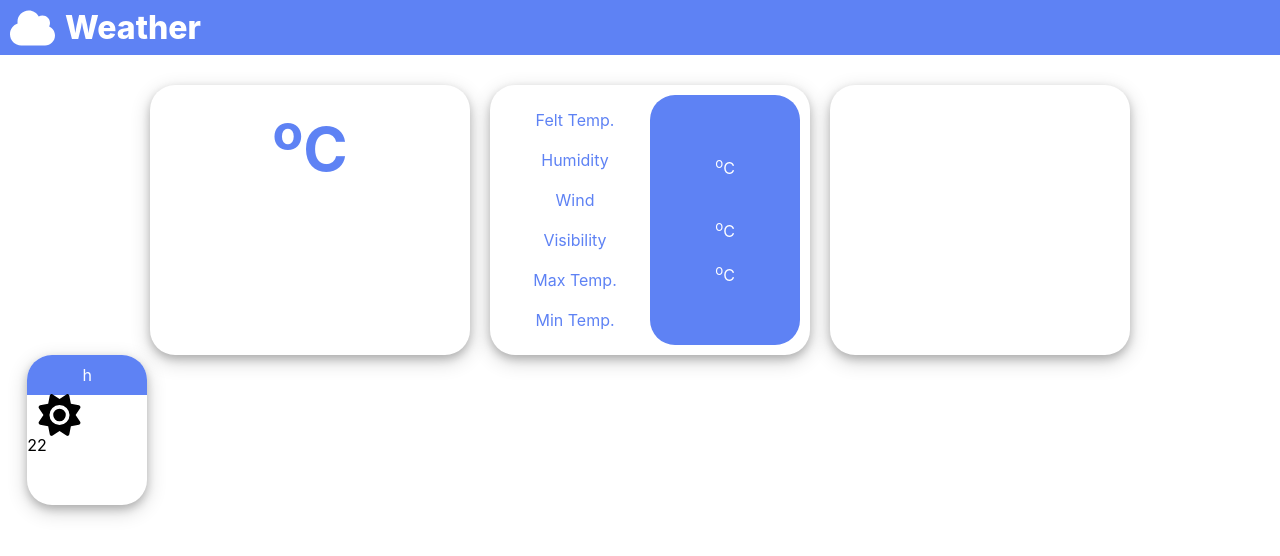
Repository: ahmedazawi/weather-app
Page: /
These files come from the project's save history. The page is drawn as it stood at one moment and after the next save; the edit follows.
The browser window is 1280 px wide. The pictures show the whole page.
The project was rebuilt for these pictures with package versions that can differ from the ones it lists, and the page was loaded fresh each time. Also part of the build but not shown: src/components/Map.js.

Above is the page before, as saved 2022-11-30 15:35:09.

### src/App.js
import React, { useState, useEffect } from "react";
import "./App.css";
import Header from "./layout/Header";
import Details from "./components/Details";

import Store from "./assets/data/Store";
function App() {
  return (
    <div className="App">
      <Header />
      <Store>
        <Details />
      </Store>
    </div>
  );
}

export default App;

### src/App.css
body {
  --primaryColor: #5e82f4;
  --secondaryColor: #ffffff;
  --borderRadius: 25px;
}

.nav {
  display: flex;
  align-items: center;
  height: 55px;
  background-color: var(--primaryColor);
}

### src/layout/Header.js
import React from "react";
import { FontAwesomeIcon } from "@fortawesome/react-fontawesome";
import { faCloud } from "@fortawesome/free-solid-svg-icons";
const Header = () => {
  return (
    <div className="nav">
      <div>
        <FontAwesomeIcon
          className="f-icon"
          icon={faCloud}
          color="White"
          style={{ marginLeft: "10px", fontSize: "40px" }}
        />
      </div>

      <h1 style={{ color: "white", marginLeft: "10px", fontWeight: "800" }}>
        Weather
      </h1>
    </div>
  );
};

export default Header;

### src/components/Details.js
import React, { useContext, useEffect } from "react";
import "../assets/css/details.css";
import { ContextApi } from "../assets/data/ContextApi";
import SevenDaysCards from "./SevenDaysCards";
import Map from "./Map";

const Details = () => {
  // const { weather, Loading } = useContext(ContextApi);
  // const [weatherValue, setWeatherValue] = weather;
  // const [LoadingValue, setLoadingValue] = Loading;

  // useEffect(() => {
  // console.log(weatherValue);
  // console.log(LoadingValue);
  // console.log(LocatedValue);
  // console.log(weatherValue.weather[0].main);
  // }, [weatherValue]);

  // if (LoadingValue) {
  //   return <div className="main">Loading...</div>;
  // }

  return (
    <div className="main">
      <div className="big-cards">
        <div>
          {/* <div>{weatherValue.location.city}</div> */}
          <div
            style={{
              fontSize: "60px",
            }}
          >
            {/* {weatherValue.current_observation.condition.temperature} */}
            <sup>o</sup>C
          </div>
          {/* <div>{weatherValue.current_observation.condition.text}</div> */}
        </div>
        <div>
          <div className="line-a">
            <span>Felt Temp.</span>
            <span>Humidity</span>
            <span>Wind</span>
            <span>Visibility</span>
            <span>Max Temp.</span>
            <span>Min Temp.</span>
          </div>
          <div className="line-b">
            <span>
              {/* {weatherValue.current_observation.condition.temperature - 0.7} */}
              <sup>o</sup>C
            </span>
            {/* <span>{weatherValue.current_observation.atmosphere.humidity}%</span> */}
            {/* <span> {weatherValue.current_observation.wind.speed} Km/h</span> */}
            <span>
              {/* {weatherValue.current_observation.atmosphere.visibility} Km */}
            </span>
            <span>
              {/* {weatherValue.forecasts[0].high} */}
              <sup>o</sup>C
            </span>
            <span>
              {/* {weatherValue.forecasts[0].low} */}
              <sup>o</sup>C
            </span>
          </div>
        </div>
        <div>{/* <Map city={weatherValue.location.city} /> */}</div>
      </div>

      <SevenDaysCards />
    </div>
  );
};

export default Details;

### src/assets/data/Store.js
import React, { useState, useEffect } from "react";
import { ContextApi } from "./ContextApi";
import { weatherAppAPI } from "./Api";
import axios from "axios";
function Store({ children }) {
  const [weather, setWeather] = useState([]);
  const [Loading, setLoading] = useState(true);
  const [lat, setLat] = useState();
  const [long, setLong] = useState();
  const [located, setLocated] = useState(false);
  const geolocationAPI = navigator.geolocation;
  const getUserCoordinates = () => {
    if (!geolocationAPI) {
      console.log("Geolocation API is not available in your browser!");
    } else {
      geolocationAPI.getCurrentPosition(
        (position) => {
          const { coords } = position;
          setLat(coords.latitude);
          setLong(coords.longitude);
          setLocated(true);
        },
        (error) => {
          console.log("Something went wrong getting your position!");
        }
      );
    }
  };

  useEffect(() => {
    // getUserCoordinates();
    if (located) {
      const options = {
        method: "GET",
        url: weatherAppAPI,
        params: { lat: lat, long: long, format: "json", u: "c" },
        headers: {
          "X-RapidAPI-Key":
            "863b7c6b72msh78facda9cbf0e03p10660djsn19089c27c69a",
          "X-RapidAPI-Host": "yahoo-weather5.p.rapidapi.com",
        },
      };

      axios
        .request(options)
        .then(function (response) {
          setWeather(response.data);
          setLoading(false);
          console.log(response.data);
        })
        .catch(function (error) {
          console.error(error);
        });
    }
  }, [located]);

  return (
    <ContextApi.Provider
      value={{
        weather: [weather, setWeather],
        Loading: [Loading, setLoading],
      }}
    >
      {children}
    </ContextApi.Provider>
  );
}
export default Store;

### src/assets/css/details.css
.main {
  width: 100%;
  display: flex;
  flex-direction: column;
  justify-content: space-between;
}

.big-cards {
  width: 100%;
  min-height: fit-content;
  display: flex;
  flex-direction: row;
  flex-wrap: wrap;
  gap: 20px;
  align-items: center;
  justify-content: center;
  margin-top: 30px;
  color: var(--primaryColor);
}
.big-cards > div {
  width: 300px;
  height: 250px;
  background-color: var(--secondaryColor);
  padding: 10px;
  border-radius: var(--borderRadius);
  box-shadow: 0 4px 8px 0 rgba(0, 0, 0, 0.2), 0 6px 20px 0 rgba(0, 0, 0, 0.19);
}
.big-cards > div:first-child {
  display: flex;
  flex-direction: column;
  align-items: center;
  justify-content: space-between;
}
.big-cards > div:first-child > div {
  font-size: 30px;
  font-weight: bold;
  margin: 7px 0;
}
.big-cards > div:nth-child(2) {
  display: flex;
  flex-direction: row;
  justify-content: space-between;
}
.big-cards > div:nth-child(2) > div {
  display: flex;
  flex-direction: column;
  align-items: center;
  justify-content: center;
  width: 50%;
}
.big-cards > div:nth-child(2) > div > span {
  margin: 10px 0;
}

.line-b {
  color: var(--secondaryColor);
  background-color: var(--primaryColor);
  border-radius: var(--borderRadius);
}

.big-cards > div:nth-child(3) {
  height: 270px;
  max-width: 340px;
  padding: 0;
  display: flex;
  align-items: center;
  justify-content: center;
  overflow: hidden;
}
.map {
  border: none;
}

### src/assets/data/ContextApi.js
import { createContext } from "react";
export const ContextApi = createContext();

### src/components/SevenDaysCards.js
import React from "react";
import "../assets/css/SevenDaysCards.css";
import { FontAwesomeIcon } from "@fortawesome/react-fontawesome";
import { faSun } from "@fortawesome/free-solid-svg-icons";
const SevenDaysCards = () => {
  return (
    <div className="small-cards">
      <div>
        <div className="sm-cards-header">h</div>
        <div className="sm-cards-body">
          <div className="sm-cards-temp-max">
            <FontAwesomeIcon
              className="sun-icon"
              icon={faSun}
              color="black"
              style={{ marginLeft: "10px", fontSize: "40px" }}
            />
          </div>
          <div className="sm-cards-temp-min">22</div>
        </div>
      </div>
    </div>
  );
};

export default SevenDaysCards;
<FontAwesomeIcon
  className="f-icon"
  icon={faSun}
  color="black"
  style={{ marginLeft: "10px", fontSize: "40px" }}
/>;

### src/assets/data/Api.js
export const weatherAppAPI = "https://fcc-weather-api.glitch.me/api/current";

export const googleMapAPI = "AIzaSyAq15HbfCRMW7RqNb5LUNyOLyfzpYI0wl4";

//https://pokeapi.co/api/v2/pokemon/4

//https://fcc-weather-api.glitch.me/api/current?lat=462&lon=41

//https://api.open-meteo.com/v1/forecast?latitude=${lat}&longitude=${long}&daily=temperature_2m_max,temperature_2m_min,rain_sum,windspeed_10m_max,windgusts_10m_max&timezone=auto

//https://yahoo-weather5.p.rapidapi.com/weather

### src/assets/css/SevenDaysCards.css
.small-cards {
  display: grid;
  grid-template-columns: repeat(7, 1fr);
  gap: 10px;
  justify-items: center;
  width: 100%;
}
.small-cards > div {
  display: flex;
  flex-direction: column;
  width: 120px;
  height: 150px;
  overflow: hidden;
  background-color: var(--secondaryColor);
  border-radius: var(--borderRadius);
  box-shadow: 0 4px 8px 0 rgba(0, 0, 0, 0.2), 0 6px 20px 0 rgba(0, 0, 0, 0.19);
}
.small-cards > div > .sm-cards-header {
  width: 100%;
  height: 40px;
  background-color: var(--primaryColor);
  display: flex;
  align-items: center;
  justify-content: center;
  color: var(--secondaryColor);
}

Loaded but not shown: public/index.html (common file); src/index.js (common file); src/index.css (common file)

After the next save:
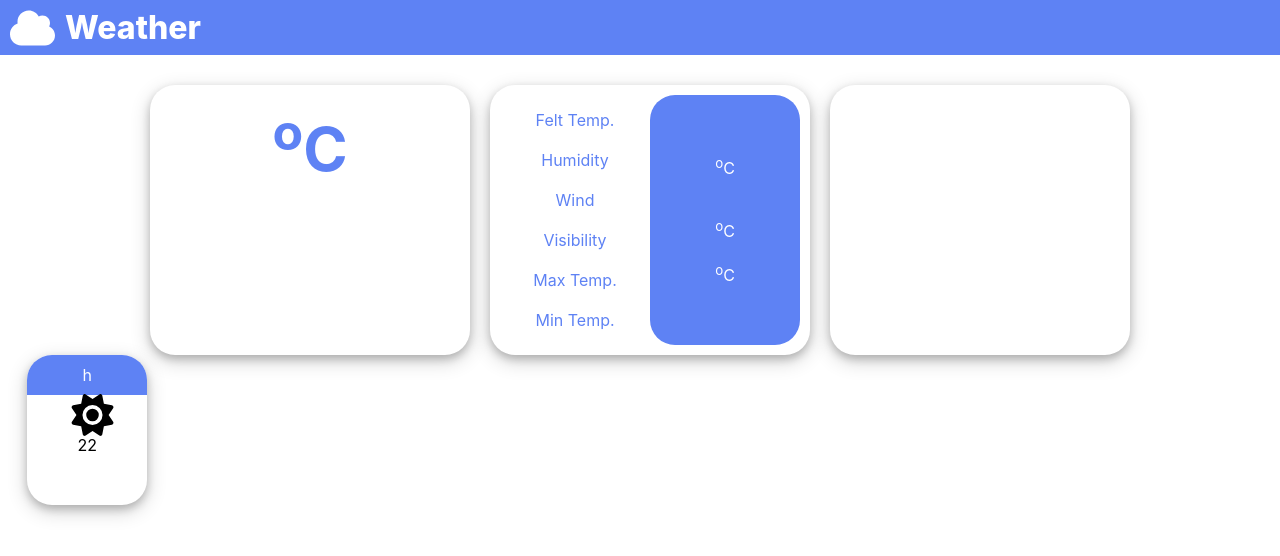
Saved 28 s later.
--- a/src/assets/css/SevenDaysCards.css
+++ b/src/assets/css/SevenDaysCards.css
@@ -24,3 +24,8 @@
   justify-content: center;
   color: var(--secondaryColor);
 }
+.sm-cards-body {
+  display: flex;
+  flex-direction: column;
+  align-items: center;
+}
